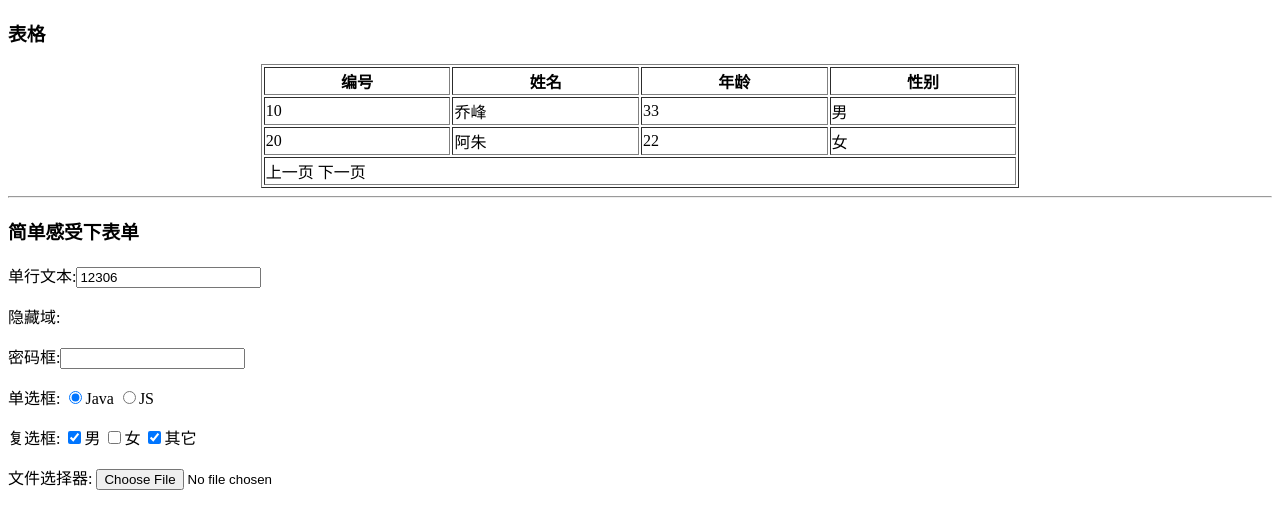
Repository: qyl1006/JavaApps
Page: workspace/html/WebContent/hello/index01.html
An editor plug-in stored every save of this project. The page is shown before and after the next save, followed by the edit.
The browser window is 1280 px wide. The pictures show the whole page.

Above is the page before, as saved 2018-02-09 13:00:23.

### workspace/html/WebContent/hello/index01.html
<!DOCTYPE html PUBLIC "-//W3C//DTD HTML 4.01 Transitional//EN" "http://www.w3.org/TR/html4/loose.dtd">
<html>
<head>
<meta http-equiv="Content-Type" content="text/html; charset=UTF-8">
<title>Insert title here</title>
</head>
<body>
	<h3>表格</h3>
	<!--
		<table></table> 表示表格
		align  排列
		border 边界
		width  宽度

		<tr>  表示一行
		<th>  表头
		<td>  表的身体
	 -->
	<table align="center" border="1" width="60%">
		<tr>
			<th>编号</th>
			<th>姓名</th>
			<th>年龄</th>
			<th>性别</th>
		</tr>
		<tr>
			<td>10</td>
			<td>乔峰</td>
			<td>33</td>
			<td>男</td>
		</tr>
		<tr>
			<td>20</td>
			<td>阿朱</td>
			<td>22</td>
			<td>女</td>
		</tr>
		<tr>
			<td colspan="4"> 上一页 下一页</td>
		</tr>
	</table>

	<hr>

	<h3>简单感受下表单</h3>

	<form action="#" method="get">
		<!--  里面包含各种各样的表单元素 -->
		<p>单行文本:<input type="text" name="username" value="12306"></p>
		<p>隐藏域:<input type="hidden" name="id" value="10"></p>
		<P>密码框:<input type="password" name="pwd"></P>
		<p>单选框:
			<input type="radio" name="hobby" value="Java" checked/>Java
			<input type="radio" name="hobby" value="JS"/>JS
		</p>
		<p>复选框:
			<input type="checkbox" name="gender" value="男" checked>男
			<input type="checkbox" name="gender" value="女">女
			<input type="checkbox" name="gender" value="其它" checked>其它
		</p>
		<p>文件选择器: <input type="file" name="headImg"></p>

	</form>


</body>
</html>

After the next save:
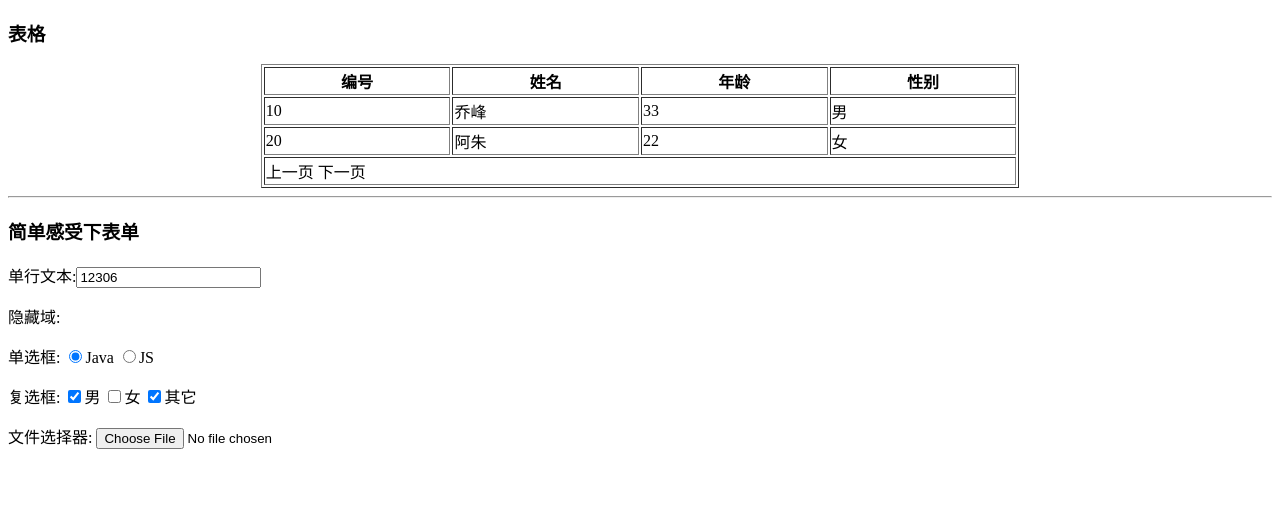
Saved 36 s later.
--- a/workspace/html/WebContent/hello/index01.html
+++ b/workspace/html/WebContent/hello/index01.html
@@ -48,7 +48,7 @@
 		<!--  里面包含各种各样的表单元素 -->
 		<p>单行文本:<input type="text" name="username" value="12306"></p>
 		<p>隐藏域:<input type="hidden" name="id" value="10"></p>
-		<P>密码框:<input type="password" name="pwd"></P>
+
 		<p>单选框:
 			<input type="radio" name="hobby" value="Java" checked/>Java
 			<input type="radio" name="hobby" value="JS"/>JS
